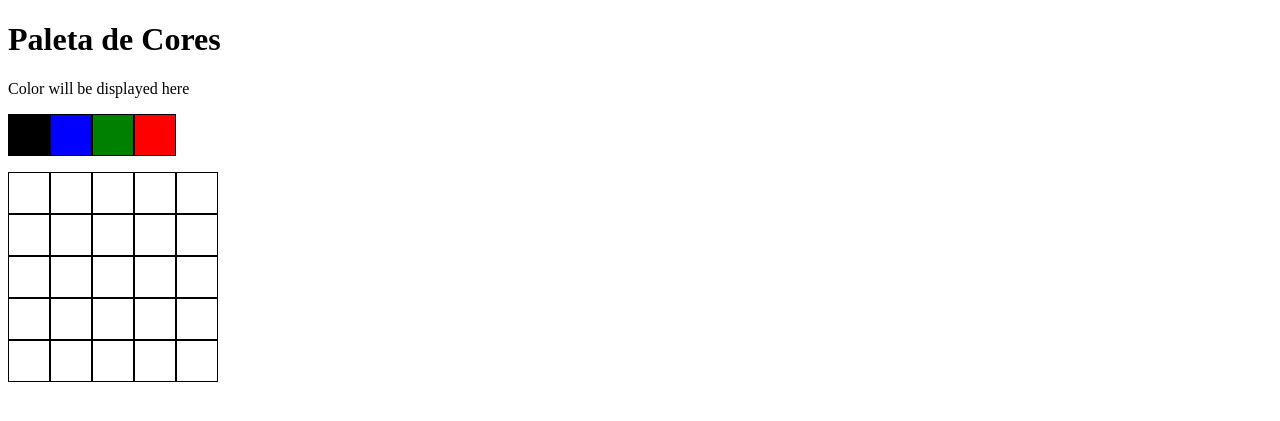
Repository: MuriloColleti/project-Pixer-Art
Page: index.html
The author's editor kept a copy of each file at every save. The page is drawn from the files as they stood at one save, then again after a run of saves.
The browser window is 1280 px wide. The pictures show the whole page.

Above is the page before, as saved 2024-02-06 16:27:30.

After the next 4 saves:
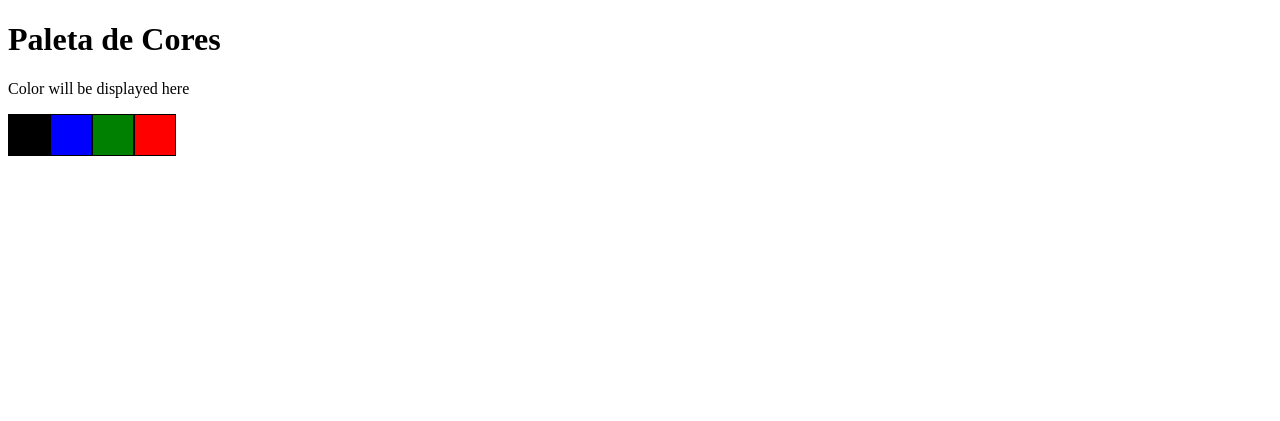
Console error: ReferenceError: paintpixel is not defined
The 4 saves are shown as one change because they came seconds apart.
The last was saved 21 s later.
--- a/script.js
+++ b/script.js
@@ -30,19 +30,8 @@ colorElements.forEach((colorElement) => {
     });
 });
 
-// colorPallet.addEventListener('click', function(event){
-//    if(event.target.classList.contains('color')){
-
-//     console.log(event.target.style, 'ola')
 
 
-//     currentColor = event.target.style.backgroundColor;
-
-//     console.log(currentColor)
-//    }
-// })
-
-function paintpixel(event) {
-    console.log(event.target)
+function paintPixel(event) {
     event.target.style.backgroundColor = currentColor;
 }

After the save that followed:
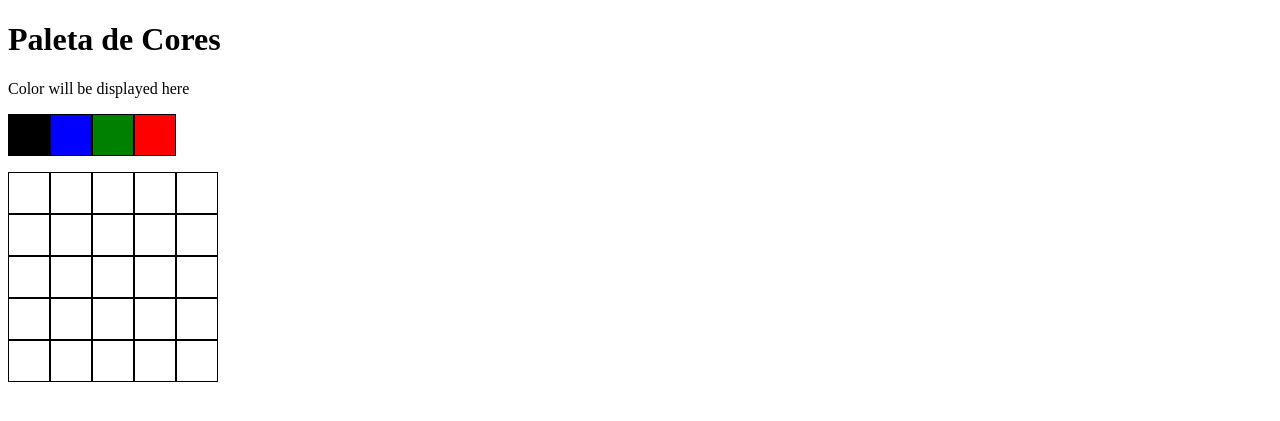
The error is gone.
Saved 5 s later.
--- a/script.js
+++ b/script.js
@@ -15,7 +15,7 @@ for (linha = 0; linha < 5; linha += 1) {
     for (pixel = 0; pixel < 5; pixel += 1) {
         let newPixel = document.createElement('div')
         newPixel.classList.add('pixel')
-        newPixel.addEventListener('click', paintpixel);
+        newPixel.addEventListener('click', paintPixel);
         newLine.appendChild(newPixel)
     }
 }
